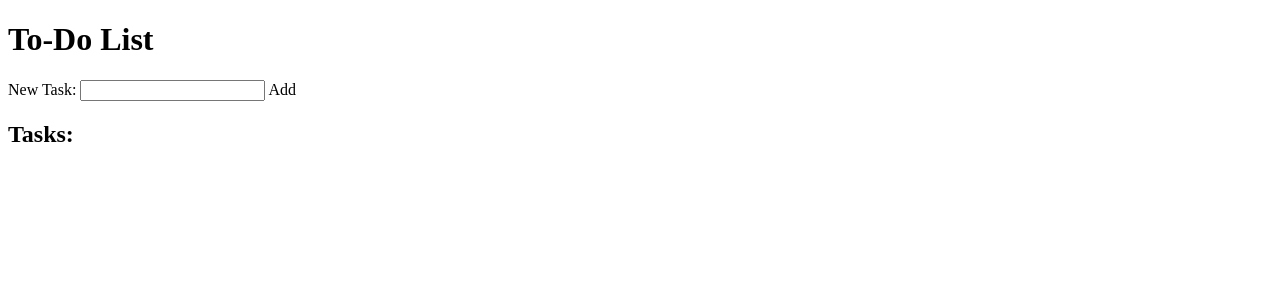
Repository: samoshi/To-do
Page: http://localhost/
The author's editor kept a copy of each file at every save. The page is drawn from the files as they stood at one save, then again after the next save.
The browser window is 1280 px wide. The pictures show the whole page.
The page is served by the project's application, run on Flask 3 (app/app.py).

Above is the page before, as saved 2024-01-14 11:52:34.

### app/templates/index.html
<!DOCTYPE html>
<html lang="en">

<head>
    <meta charset="UTF-8">
    <meta name="viewport" content="width=device-width, initial-scale=1.0">
    <title>To-Do list</title>
    <link rel="stylesheet" href="{{ url_for('static', filename='style.css') }}" />
    <script src="https://code.jquery.com/jquery-3.6.4.min.js"></script>
    <script src="{{ url_for('static', filename='script.js') }}"></script>
</head>

<body>
    <div id="myDIV" class="header">
        <h1>To-Do List</h1>

        <form method="POST" id="addTaskForm">
            <label for="myInput">New Task:</label>
            <input type="text" id="myInput" name="description" required>
            <span onclick="newElement()" class="addBtn">Add</span>
        </form>

        <h2>Tasks:</h2>
        <ul id="myUL">
            {% for task in tasks %}
                <li data-task-id="{{ loop.index-1 }}" class="{% if task.completed %}checked{% endif %}">
                    {{ task.description }}
                </li>
            {% endfor %}
        </ul>
    </div>
</body>

</html>

### app/app.py
from flask import Flask, render_template, request, redirect, url_for
import json

app = Flask(__name__)

tasks = []

def save_tasks():
    with open("tasks.txt", "w") as file:
        for task in tasks:
            file.write(f"{task['description']}:{task['completed']}\n")

# Load tasks from a file
def load_tasks():
    try:
        with open("tasks.txt", "r") as file:
            lines = file.readlines()
            return [
                {"description": line.split(":")[0], "completed": eval(line.split(":")[1])}
                for line in lines
            ]
    except FileNotFoundError:
        return []

# Initialize tasks
tasks = load_tasks()

@app.route('/')
def index():
    return render_template('index.html', tasks=tasks)

@app.route('/add_task', methods=['POST'])
def add_task():
    global tasks
    new_task_description = request.form.get('description')
    if new_task_description:
        new_task = {"description": new_task_description, "completed": False}
        tasks.append(new_task)
        save_tasks()
    return redirect(url_for('index'))

@app.route('/complete/<int:task_id>')
def complete_task(task_id):
    global tasks
    if 0 <= task_id < len(tasks):
        tasks[task_id]['completed'] = True
        save_tasks()
    return redirect(url_for('index'))

@app.route('/remove/<int:task_id>')
def remove_task(task_id):
    global tasks
    if 0 <= task_id < len(tasks):
        del tasks[task_id]
        # Save your tasks or update your data structure
    return redirect(url_for('index'))

if __name__ == '__main__':
    app.run(host='0.0.0.0', port=5000, debug=True)

### app/static/script.js
// script.js

Loaded but not shown: app/static/style.css (no stored copy; drawn as an empty file)

After the next save:
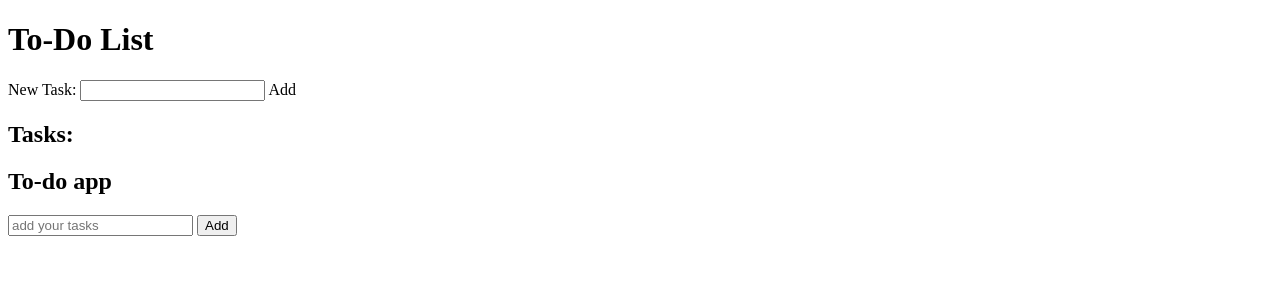
Saved 2 min 44 s later.
--- a/app/templates/index.html
+++ b/app/templates/index.html
@@ -31,4 +31,31 @@
     </div>
 </body>
 
+<body>
+    <div class="container">
+        <div class="todo-app">
+            <div class="app-title">
+                <h2>To-do app</h2>
+                <i class="fa-solid fa-book-bookmark"></i>
+            </div>
+            <div class="row">
+                <input type="text" id="input-box" placeholder="add your tasks">
+                <button>Add</button>
+            </div>
+            <ul id="list-container">
+                {% for task in tasks %}
+                    <li data-task-id="{{ loop.index-1 }}" class="{% if task.completed %}checked{% endif %}">
+                        {{ task.description }}
+                    </li>
+                {% endfor %}
+            </ul>
+        </div>
+    </div>
+
+
+
+
+    <script src="script.js"></script>
+</body>
+
 </html>
